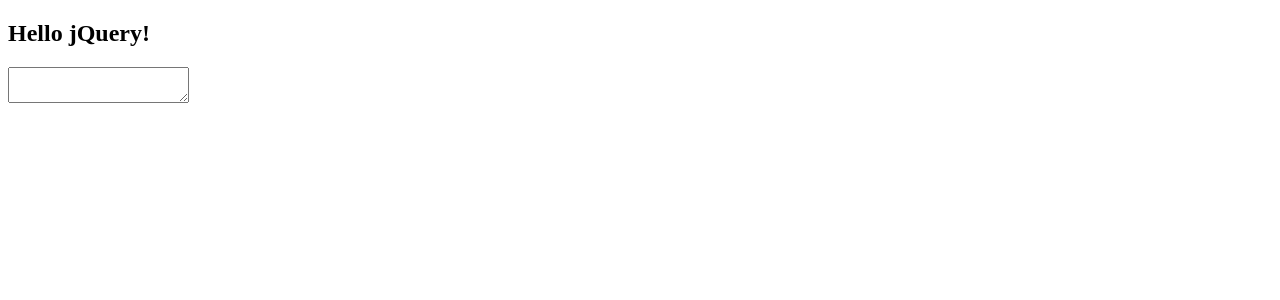
Repository: RyoTTa/4-1-Web-Programming
Page: SoloProject/Project/WebContent/index.html
The author's editor kept a copy of each file at every save. The page is drawn from the files as they stood at one save, then again after the next save.
The browser window is 1280 px wide. The pictures show the whole page.
The page's requests for data from a server got no answer.

Above is the page before, as saved 2020-05-05 09:17:15.

After the next save:
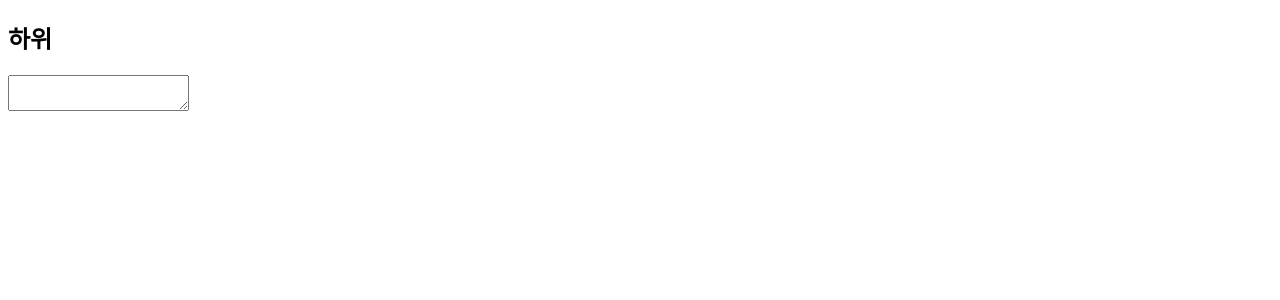
Console error: SyntaxError: Unexpected token '=>'
Saved 87 s later.
--- a/SoloProject/Project/WebContent/index.html
+++ b/SoloProject/Project/WebContent/index.html
@@ -20,8 +20,10 @@
 		var apiURI ="http://api.openweathermap.org/data/2.5/weather?q=Busan&appid=dc8d5f394054b66bd905f0d24fc95a3d "
 		$.ajax({
             url : apiURI,
-            method : 'GET',
-            success :  (data)=> {
+            dataType : "json",
+            type : 'GET',
+            async: "false",
+            success :  function(data)=> {
               var temp = String((data.main.temp - 272)).substring(0,3); // 온도
               var location = data.name; // 지역이름
               $('#chatLog').append('지역 ：' + location + ' 온도　：' + tempr　+ "도입니다. "+'\n') // 아이콘 취득

After the 3 saves that followed:
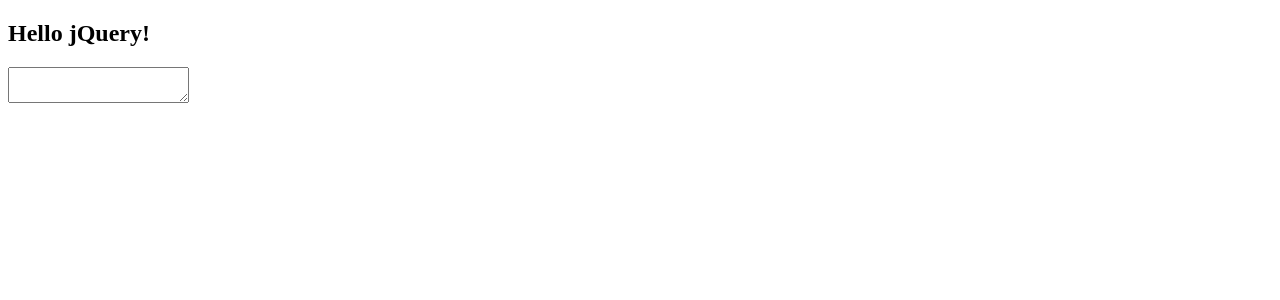
The error is gone.
The 3 saves are shown as one change because 2 left the picture as it was.
The last was saved 108 s later.
--- a/SoloProject/Project/WebContent/index.html
+++ b/SoloProject/Project/WebContent/index.html
@@ -18,20 +18,6 @@
 		});
 
 		var apiURI ="http://api.openweathermap.org/data/2.5/weather?q=Busan&appid=dc8d5f394054b66bd905f0d24fc95a3d "
-		$.ajax({
-            url : apiURI,
-            dataType : "json",
-            type : 'GET',
-            async: "false",
-            success :  function(data)=> {
-              var temp = String((data.main.temp - 272)).substring(0,3); // 온도
-              var location = data.name; // 지역이름
-              $('#chatLog').append('지역 ：' + location + ' 온도　：' + tempr　+ "도입니다. "+'\n') // 아이콘 취득
-              var imgURL = "http://openweathermap.org/img/w/" + data.weather[0].icon + ".png";
-              // 아이콘 표시
-              $('#img').attr("src", imgURL);
-            }
-          });
 
 	</script>
 <div>
